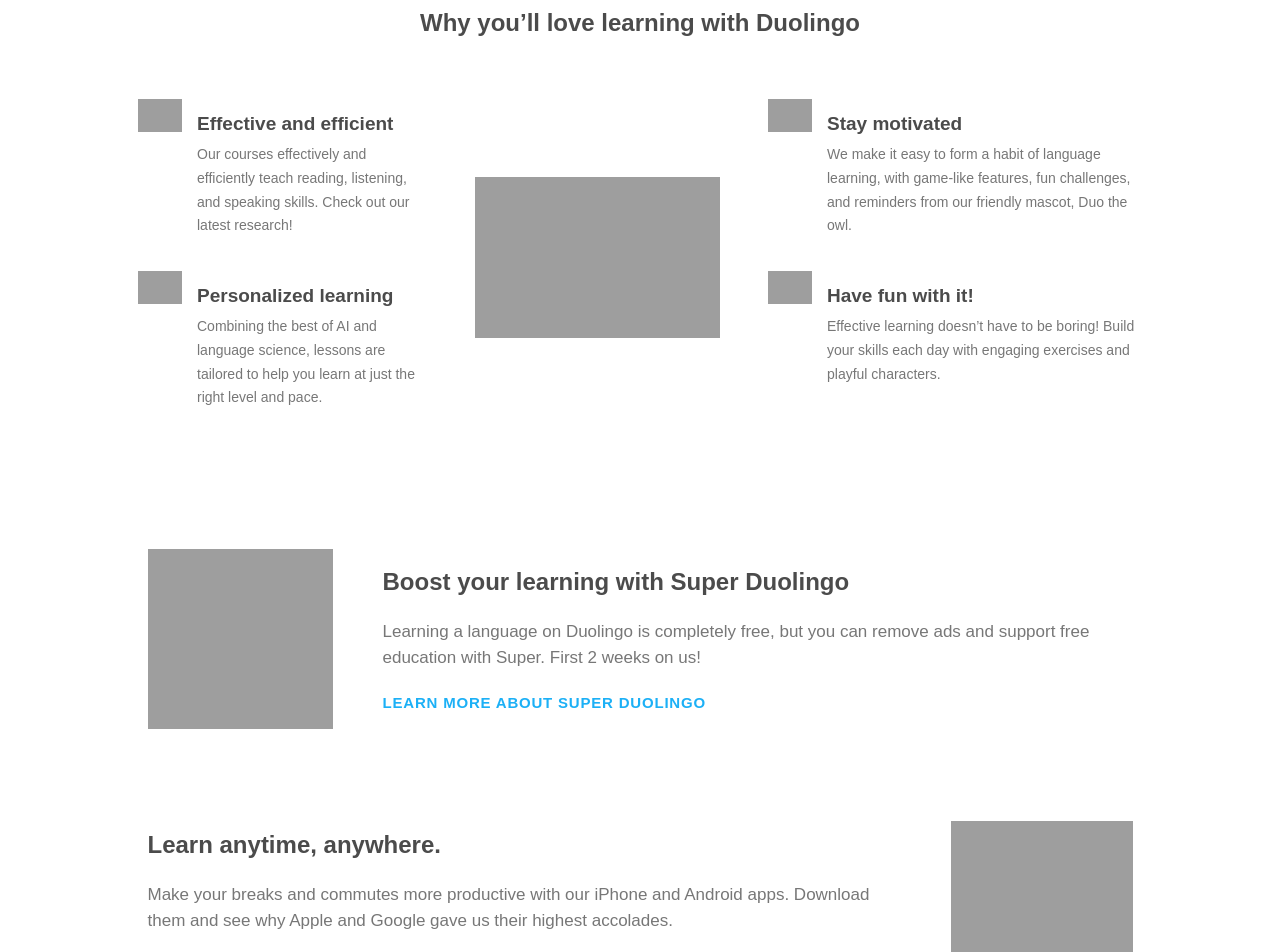
Repository: kauittt/duolingo-little
Page: login.html
The author's editor kept a copy of each file at every save. The page is drawn from the files as they stood at one save, then again after the next save.
The browser window is 1280 px wide. The pictures show the part of the page from y = 999 to 1951 px (the page is 2857 px tall).
Pictures or frames that could not be fetched are drawn as grey boxes. A picture or video elsewhere on the page could not be fetched, so the positions and the page height are approximate. Some web libraries are served in a nearby version.

Above is the page before, as saved 2023-03-26 21:02:15.

### login.html
<!DOCTYPE html>
<html lang="en">
    <head>
        <meta charset="UTF-8" />
        <meta http-equiv="X-UA-Compatible" content="IE=edge" />
        <meta name="viewport" content="width=device-width, initial-scale=1.0" />
        <title>Duolingo Little</title>

        <!--! favicon -->
        <link rel="icon" type="image/x-icon" href="./assets/img/logo.png" />

        <!--! Font Awesome  -->
        <link rel="preconnect" href="https://cdnjs.cloudflare.com" />
        <link
            rel="stylesheet"
            href="https://cdnjs.cloudflare.com/ajax/libs/font-awesome/6.3.0/css/all.min.css"
        />

        <!--! CSS -->
        <link rel="stylesheet" href="./assets/css/reset.css" />
        <link rel="stylesheet" href="./assets/fonts/stylesheet.css" />
        <link rel="stylesheet" href="./assets/css/stytes.css" />
    </head>
    <body>
        <div class="main">
            <header class="header">
                <div class="wrap header-wrap">
                    <a class="header__img">
                        <img
                            src="https://d35aaqx5ub95lt.cloudfront.net/images/dca3b978d07a7dfc05adb1d5526e9e21.svg"
                            alt="Duolingo"
                        />
                    </a>
                    <div class="header__language">SITE LANGUAGE: ENGLISH</div>
                </div>
            </header>

            <div class="content">
                <div class="hero">
                    <div class="hero-wrap">
                        <div class="hero__img">
                            <img
                                src="https://d35aaqx5ub95lt.cloudfront.net/images/331a32943ff73be28537dfc7469d5639.svg"
                                alt="Earth"
                            />
                        </div>
                        <div class="hero-content">
                            <h1 class="hero-content__heading">
                                The free, fun, and effective way to learn a
                                language!
                            </h1>
                            <div class="hero-content-select">
                                <div class="hero-content-select">
                                    <div class="btn btn--primary">
                                        GET STARTED
                                    </div>
                                    <div class="btn">
                                        I ALREADY HAVE AN ACCOUNT
                                    </div>
                                </div>
                            </div>
                        </div>
                    </div>
                </div>

                <section class="section top">
                    <div class="wrap top-wrap">
                        <div class="section__img">
                            <img
                                src="https://d35aaqx5ub95lt.cloudfront.net/images/776364e6419216ffd84ddf8d8815711b.svg"
                                alt="Duolingo"
                            />
                        </div>

                        <div class="section-content">
                            <h2 class="section-content__heading">
                                The world’s #1 way to learn a language
                            </h2>
                            <div class="section-content__desc">
                                Learning with Duolingo is fun, and
                                <b>research shows that it works!</b> With quick,
                                bite-sized lessons, you’ll earn points and
                                unlock new levels while gaining real-world
                                communication skills.
                            </div>
                            <div class="section-content__link"></div>
                        </div>
                    </div>
                </section>

                <section class="section feature">
                    <div class="wrap feature-wrap">
                        <h3 class="section-content__heading">
                            Why you’ll love learning with Duolingo
                        </h3>
                        <div class="section-content">
                            <div class="section-content-group">
                                <div class="section-content-group-item">
                                    <img
                                        src="https://d35aaqx5ub95lt.cloudfront.net/images/1994201dce8a55a0017d59b58a035fc3.svg"
                                        alt=""
                                    />
                                    <div>
                                        <div
                                            class="section-content-group-item__heading"
                                        >
                                            Effective and efficient
                                        </div>
                                        <div
                                            class="section-content-group-item__desc"
                                        >
                                            Our courses effectively and
                                            efficiently teach reading,
                                            listening, and speaking skills.
                                            Check out our latest research!
                                        </div>
                                    </div>
                                </div>

                                <div class="section-content-group-item">
                                    <img
                                        src="https://d35aaqx5ub95lt.cloudfront.net/images/8f1e99a540ab7afcf5915e8852024e4c.svg"
                                        alt=""
                                    />
                                    <div>
                                        <div
                                            class="section-content-group-item__heading"
                                        >
                                            Personalized learning
                                        </div>
                                        <div
                                            class="section-content-group-item__desc"
                                        >
                                            Combining the best of AI and
                                            language science, lessons are
                                            tailored to help you learn at just
                                            the right level and pace.
                                        </div>
                                    </div>
                                </div>
                            </div>

                            <div class="section-content-group">
                                <div class="section-content-group__img">
                                    <img
                                        src="https://d35aaqx5ub95lt.cloudfront.net/images/3816ddfd0658efd7bb713fd823053b82.svg"
                                        alt="Duolingo"
                                    />
                                </div>
                            </div>

                            <div class="section-content-group">
                                <div class="section-content-group-item">
                                    <img
                                        src="https://d35aaqx5ub95lt.cloudfront.net/images/splash/ebdcc22deaf0f85388fcb09e7ecfbe78.svg"
                                        alt=""
                                    />
                                    <div>
                                        <div
                                            class="section-content-group-item__heading"
                                        >
                                            Stay motivated
                                        </div>
                                        <div
                                            class="section-content-group-item__desc"
                                        >
                                            We make it easy to form a habit of
                                            language learning, with game-like
                                            features, fun challenges, and
                                            reminders from our friendly mascot,
                                            Duo the owl.
                                        </div>
                                    </div>
                                </div>

                                <div class="section-content-group-item">
                                    <img
                                        src="https://d35aaqx5ub95lt.cloudfront.net/images/splash/a4d5fab3d1926c240cb2ae696b07d156.svg"
                                        alt=""
                                    />
                                    <div>
                                        <div
                                            class="section-content-group-item__heading"
                                        >
                                            Have fun with it!
                                        </div>
                                        <div
                                            class="section-content-group-item__desc"
                                        >
                                            Effective learning doesn’t have to
                                            be boring! Build your skills each
                                            day with engaging exercises and
                                            playful characters.
                                        </div>
                                    </div>
                                </div>
                            </div>
                        </div>
                    </div>
                </section>

                <section class="section super">
                    <div class="wrap super-wrap">
                        <div class="section__img">
                            <img
                                src="https://d35aaqx5ub95lt.cloudfront.net/images/super/8183c77cba99daf1e900fb5f9b0cc671.svg"
                                alt="Duolingo"
                            />
                        </div>

                        <div class="section-content">
                            <h2 class="section-content__heading">
                                Boost your learning with Super Duolingo
                            </h2>
                            <div class="section-content__desc">
                                Learning a language on Duolingo is completely
                                free, but you can remove ads and support free
                                education with Super. First 2 weeks on us!
                            </div>
                            <div class="section-content__link">
                                LEARN MORE ABOUT SUPER DUOLINGO
                            </div>
                        </div>
                    </div>
                </section>

                <section class="section download">
                    <div class="wrap download-wrap">
                        <div class="section__img">
                            <img
                                src="https://d35aaqx5ub95lt.cloudfront.net/images/791b23bc8994589efad21ce964d99161.svg"
                                alt="Duolingo"
                            />
                        </div>

                        <div class="section-content">
                            <h2 class="section-content__heading">
                                Learn anytime, anywhere.
                            </h2>
                            <div class="section-content__desc">
                                Make your breaks and commutes more productive
                                with our iPhone and Android apps. Download them
                                and see why Apple and Google gave us their
                                highest accolades.
                            </div>
                            <div class="section-content__link">
                                <div class="section-content__link-item">
                                    <i class="fa-brands fa-apple"></i>
                                    <div
                                        class="section-content__link-item-content"
                                    >
                                        <p
                                            class="section-content__link-item-content__desc"
                                        >
                                            Download on the
                                        </p>
                                        <p
                                            class="section-content__link-item-content__app"
                                        >
                                            App Store
                                        </p>
                                    </div>
                                </div>

                                <div class="section-content__link-item">
                                    <i class="fa-brands fa-google-play"></i>
                                    <div
                                        class="section-content__link-item-content"
                                    >
                                        <p
                                            class="section-content__link-item-content__desc"
                                        >
                                            Get it on
                                        </p>
                                        <p
                                            class="section-content__link-item-content__app"
                                        >
                                            Google Play
                                        </p>
                                    </div>
                                </div>
                            </div>
                        </div>
                    </div>
                </section>

                <section class="section teaching">
                    <div class="wrap teaching-wrap">
                        <div class="section__img">
                            <img
                                src="https://d35aaqx5ub95lt.cloudfront.net/images/af5bf404fb8ea1ff96fdc9247a1e36e0.svg"
                                alt="Duolingo"
                            />
                        </div>

                        <div class="section-content">
                            <h2 class="section-content__heading">
                                Duolingo for Schools
                            </h2>
                            <div class="section-content__desc">
                                Free teacher tools to help students learn
                                languages through the Duolingo app, both in and
                                out of the classroom.
                            </div>
                            <div class="section-content__link">
                                BRING DUOLINGO TO YOUR CLASSROOM
                            </div>
                        </div>
                    </div>
                </section>

                <section class="section test">
                    <div class="wrap test-wrap">
                        <div class="section__img">
                            <img
                                src="https://d35aaqx5ub95lt.cloudfront.net/images/9cb1bd734855384c2de08fe80443af9f.svg"
                                alt="Duolingo"
                            />
                        </div>

                        <div class="section-content">
                            <h2 class="section-content__heading">
                                The Duolingo English Test
                            </h2>
                            <div class="section-content__desc">
                                Welcome to the convenient, fast, and affordable
                                English test accepted around the world. By
                                integrating the latest assessment science and
                                AI, we empower anyone to take the test where and
                                when they’re at their best.
                            </div>
                            <div class="section-content__link">
                                CERTIFY YOUR ENGLISH
                            </div>
                        </div>
                    </div>
                </section>

                <section class="section chart">
                    <div class="wrap chart-wrap">
                        <div class="section__img">
                            <img
                                src="https://d35aaqx5ub95lt.cloudfront.net/images/efficacyPage/5b117228254f9a9d8c7f541734f18225.svg"
                                alt="Duolingo"
                            />
                        </div>

                        <div class="section-content">
                            <h2 class="section-content__heading">
                                Effective and efficient courses
                            </h2>
                            <div class="section-content__desc">
                                Our courses effectively and efficiently teach
                                reading, listening, and speaking skills. Check
                                out our latest research!
                            </div>
                            <div class="section-content__link">
                                LEARN MORE ABOUT OUR RESEARCH
                            </div>
                        </div>
                    </div>
                </section>
            </div>
        </div>
    </body>
</html>

### assets/fonts/stylesheet.css
@font-face {
    font-family: "DINRoundPro";
    src: url("din round/DINRoundPro-Bold.woff2") format("woff2"),
        url("din round/DINRoundPro-Bold.woff") format("woff");
    font-weight: bold;
    font-style: normal;
    font-display: swap;
}

@font-face {
    font-family: "DINRoundPro";
    src: url("din round/DINRoundPro-Black.woff2") format("woff2"),
        url("din round/DINRoundPro-Black.woff") format("woff");
    font-weight: 900;
    font-style: normal;
    font-display: swap;
}

@font-face {
    font-family: "DINRoundPro";
    src: url("din round/DINRoundPro.woff2") format("woff2"),
        url("din round/DINRoundPro.woff") format("woff");
    font-weight: normal;
    font-style: normal;
    font-display: swap;
}

@font-face {
    font-family: "DINRoundPro";
    src: url("din round/DINRoundPro-Light.woff2") format("woff2"),
        url("din round/DINRoundPro-Light.woff") format("woff");
    font-weight: 300;
    font-style: normal;
    font-display: swap;
}

@font-face {
    font-family: "DINRoundPro-Medi";
    src: url("din round/DINRoundPro-Medi.woff2") format("woff2"),
        url("din round/DINRoundPro-Medi.woff") format("woff");
    font-weight: 500;
    font-style: normal;
    font-display: swap;
}

Loaded but not shown: assets/css/reset.css (common file); assets/css/stytes.css (418 lines, source omitted)

After the next save:
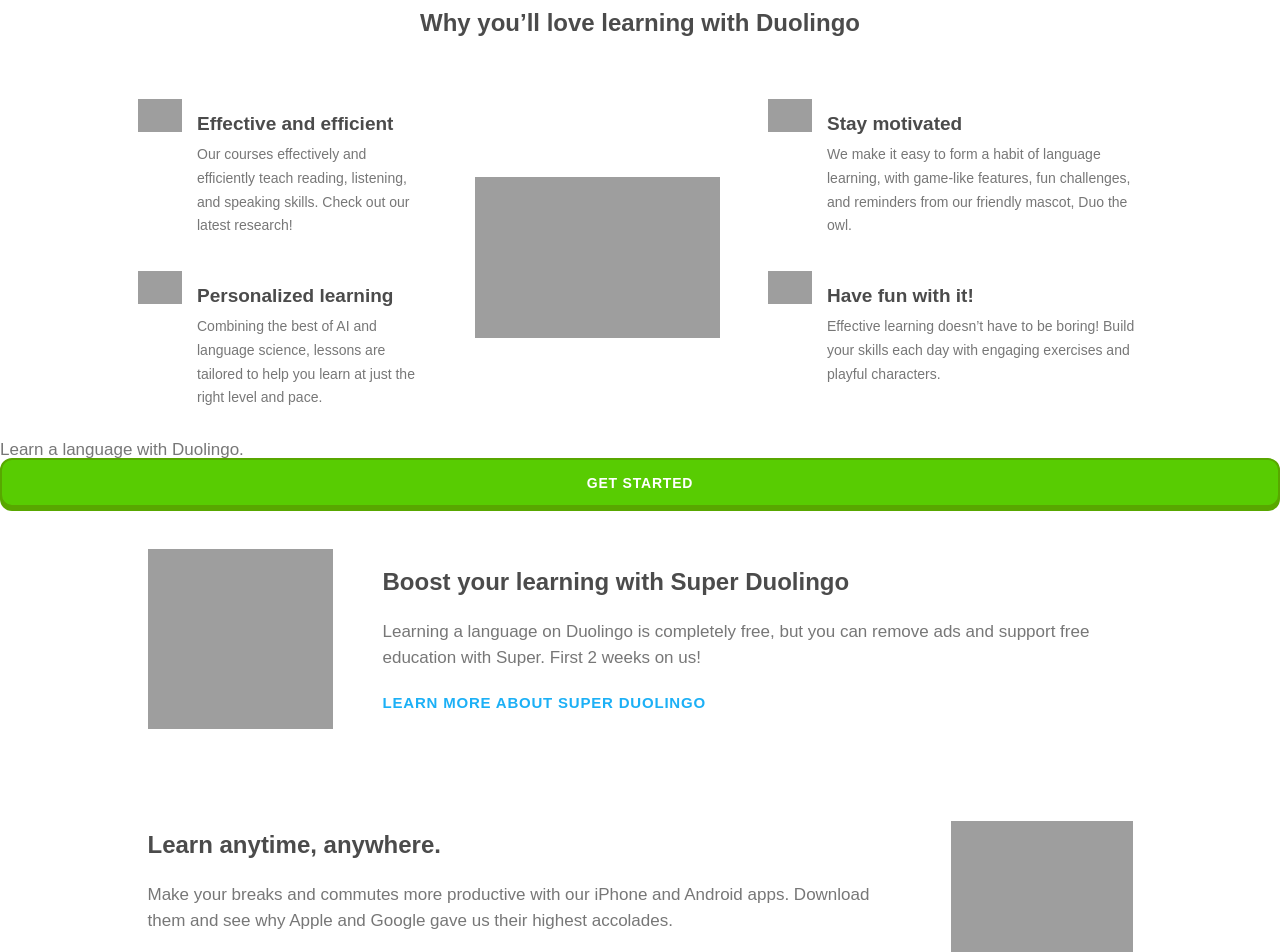
Saved 42 min 41 s later.
--- a/login.html
+++ b/login.html
@@ -361,6 +361,17 @@
                     </div>
                 </section>
             </div>
+
+            <footer class="footer">
+                <div class="footer-header">
+                    <h2 class="footer-header__heading">
+                        Learn a language with Duolingo.
+                    </h2>
+                    <div class="btn btn--primary">GET STARTED</div>
+                </div>
+
+                <div class="footer-content"></div>
+            </footer>
         </div>
     </body>
 </html>
